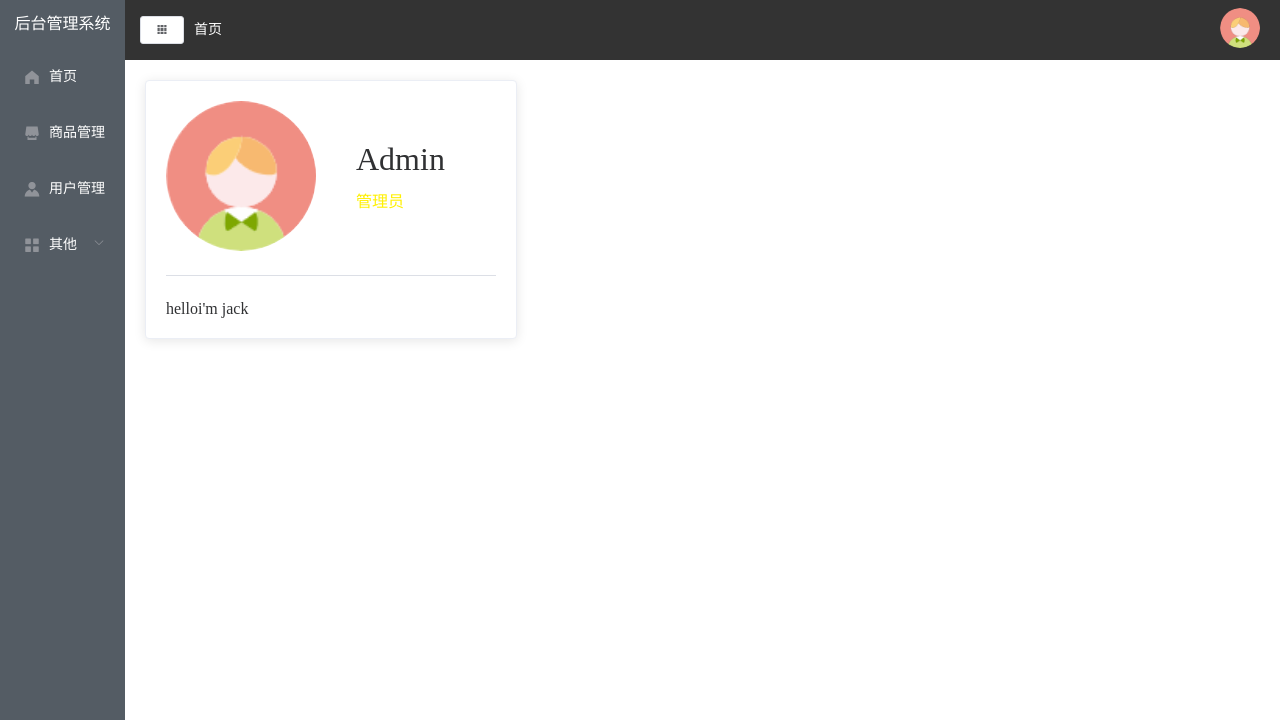
Repository: tkqi/manage
Page: /
An editor plug-in stored every save of this project. The page is shown before and after the next save, followed by the edit.
The browser window is 1280 px wide. The pictures show the whole page.
The project was rebuilt for these pictures with package versions that can differ from the ones it lists, and the page was loaded fresh each time. Also part of the build but not shown: vue.config.js.

Above is the page before, as saved 2023-12-03 15:48:49.

After the next save:
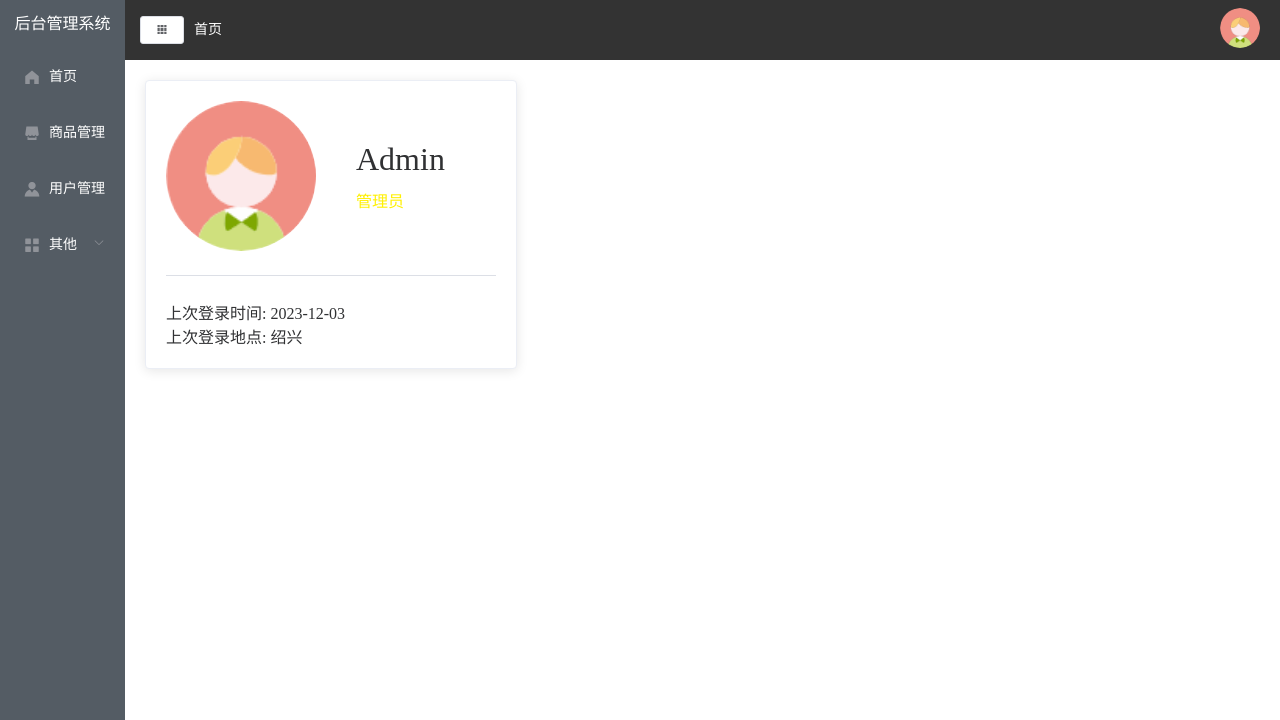
Saved 69 s later.
--- a/src/views/Home.vue
+++ b/src/views/Home.vue
@@ -13,8 +13,8 @@
                     </div>
                     <el-divider></el-divider>
                     <div class="login-info">
-                        <span>hello</span>
-                        <span>i'm jack</span>
+                        <p>上次登录时间: <span>2023-12-03</span></p>
+                        <p>上次登录地点: <span>绍兴</span></p>
                     </div>
                 </el-card>
             </div>
